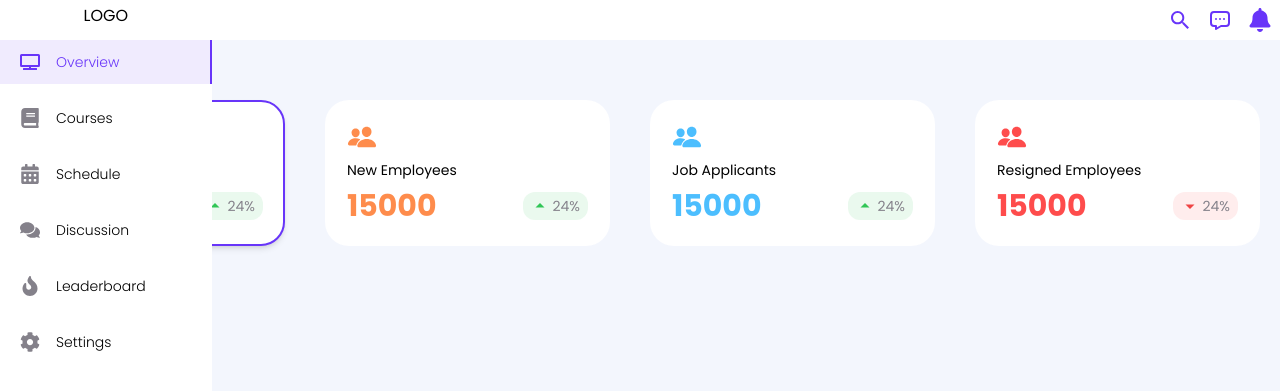
Repository: SpicierEwe/creativeio_hr_dashboard
Page: /
The author's editor kept a copy of each file at every save. The page is drawn from the files as they stood at one save, then again after the next save.
The browser window is 1280 px wide. The pictures show the whole page.
The project was rebuilt for these pictures with package versions that can differ from the ones it lists, and the page was loaded fresh each time. Also part of the build but not shown: src/components/dashboard/sections/sections_2/section_2.jsx. Imported but missing from the stored project, and not drawn on this page: src/components/dashboard/sections/sections_2/charts/pie_chart.

Above is the page before, as saved 2024-06-28 23:25:30.

After the next save:
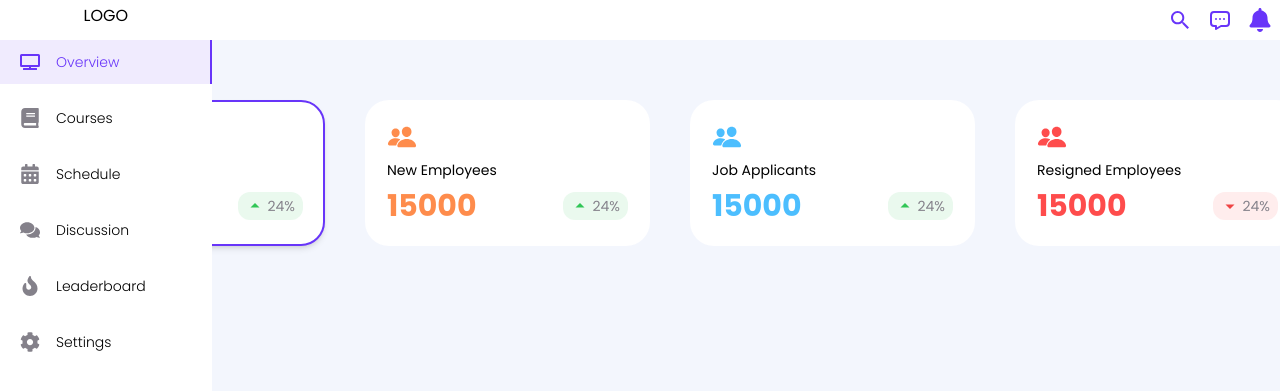
Saved 21 s later.
--- a/src/components/dashboard/sections/section_1/section_1.jsx
+++ b/src/components/dashboard/sections/section_1/section_1.jsx
@@ -65,7 +65,7 @@ function Section1() {
   const [selectedIndex, setSelectedIndex] = useState(0);
 
   return (
-    <div className="hide-scrollbar flex gap-5 lg:gap-10 overflow-x-auto hide-scroll w-full p-5 pl-0   xl:grid grid-cols-4 ">
+    <div className="hide-scrollbar flex gap-5 lg:gap-10 overflow-x-auto hide-scroll w-full p-5 pl-0   xl:grid grid-cols-4 ml-10 ">
       {data.map((item, index) => {
         return (
           <div
